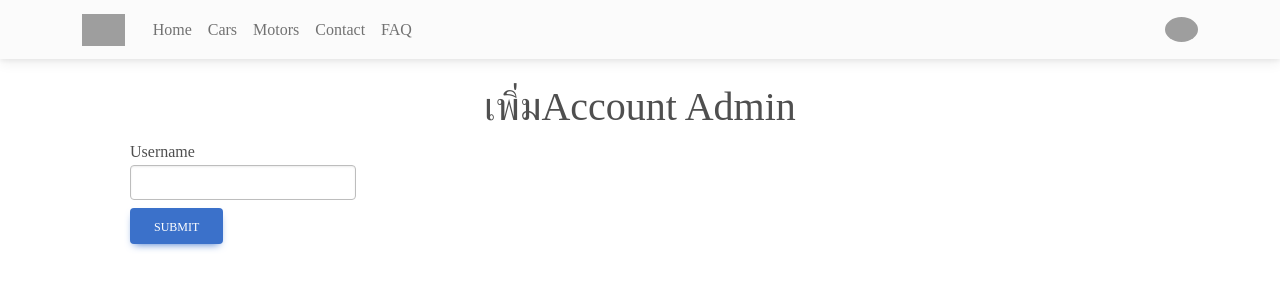
Repository: armychawakorn/Rent4U-Java
Page: http://localhost/miniproject/Admin/addusers.jsp
The author's editor kept a copy of each file at every save. The page is drawn from the files as they stood at one save, then again after the next save.
The browser window is 1280 px wide. The pictures show the whole page.
Pictures or frames that could not be fetched are drawn as grey boxes. Some web fonts or font styles are not loaded; a fallback is used. Some web libraries are served in a nearby version. The page is served by Tomcat 9. Other server files are loaded and not shown.

Above is the page before, as saved 2023-10-28 19:48:51.

### miniproject/src/main/webapp/Admin/addusers.jsp
<%@page import="pkrent4u.schema.Users"%>
<%@page import="pkrent4u.dao.UsersDAO"%>
<%@page import="pkrent4u.schema.Rental"%>
<%@page import="pkrent4u.dao.RentalDAO"%>
<%@page import="pkrent4u.schema.Car"%>
<%@page import="pkrent4u.dao.CarDAO"%>
<%@ page language="java" contentType="text/html; charset=utf-8"
	pageEncoding="utf-8"%>
<%@ page import="java.util.ArrayList, pkrent4u.*"%>
<!DOCTYPE html>
<html>
<head>
<meta charset="utf-8">
<title>Add User</title>
<link rel="icon" type="image/x-icon"
	href="https://cdn.discordapp.com/attachments/965375341071847434/1160730098618601482/image.png?ex=6535b924&is=65234424&hm=02edc80e5cc1c9b7937bdbc00efe262fb24180a3850827d298d32e71ee6a8d8b&">
<link rel="stylesheet" href="../css/Animetion.css">
<link rel="stylesheet" href="../css/global.css">
<link rel="stylesheet" href="../css/Bootstrap.css">
</head>
<body>
	<%@ include file="../components/Nav.jsp"%>
	<div class="container dashboard-fade">
		<div class="pt-4 text-center">
			<h1>เพิ่มAccount Admin</h1>
		</div>
		<div class="d-flex">
			<form action="../Backend/AddUser.jsp" method="POST" class="ps-5">
				<div class="form-group">
					<label for="Customer">Username</label> <input type="text"
						id="username" name="username" class="form-control">
				</div>
				<div class="pt-2">
					<button type="submit" class="btn btn-primary">Submit</button>
				</div>
			</form>
		</div>
	</div>
</body>
<script type="text/javascript"
	src="https://cdnjs.cloudflare.com/ajax/libs/mdb-ui-kit/6.4.2/mdb.min.js"></script>
</html>

### miniproject/src/main/webapp/components/Nav.jsp
<%@ page language="java" contentType="text/html; charset=utf-8"
	pageEncoding="utf-8"%>
<nav class="navbar navbar-expand-lg navbar-light bg-light">
	<div class="container">
		<button class="navbar-toggler" type="button"
			data-mdb-toggle="collapse" data-mdb-target="#navbarSupportedContent"
			aria-controls="navbarSupportedContent" aria-expanded="false"
			aria-label="Toggle navigation">
			<i class="fas fa-bars"></i>
		</button>
		<div class="collapse navbar-collapse" id="navbarSupportedContent">
			<a class="navbar-brand mt-2 mt-lg-0" href="/"> <img
				src="https://cdn.discordapp.com/attachments/965375341071847434/1160730098618601482/image.png"
				height="32" alt="Rent4U" loading="lazy" />
			</a>
			<ul class="navbar-nav me-auto mb-2 mb-lg-0">
				<li class="nav-item"><a class="nav-link" href="/miniproject/">Home</a></li>
				<li class="nav-item"><a class="nav-link" href="/miniproject/cars.jsp">Cars</a>
				</li>
				<li class="nav-item"><a class="nav-link" href="/miniproject/motors.jsp">Motors</a>
				</li>
				<li class="nav-item"><a class="nav-link" href="/miniproject/contact.jsp">Contact</a>
				</li>
				<li class="nav-item"><a class="nav-link" href="/miniproject/faq.jsp">FAQ</a>
				</li>
			</ul>
		</div>
		<div class="dropdown">
			<a class="dropdown-toggle d-flex align-items-center hidden-arrow"
				href="#" id="navbarDropdownMenuAvatar" role="button"
				data-mdb-toggle="dropdown" aria-expanded="false"> <img
				src="https://cdn-icons-png.flaticon.com/512/9703/9703596.png"
				class="rounded-circle" height="25"
				alt="Black and White Portrait of a Man" loading="lazy" />
			</a>
			<ul class="dropdown-menu dropdown-menu-end"
				aria-labelledby="navbarDropdownMenuAvatar">
				<%
				HttpSession ses = request.getSession();
				String username = (String) ses.getAttribute("username");
				%>
				<%
				if (username != null) {
				%>
				<li><a class="dropdown-item" href="/miniproject/Admin/dashboard.jsp">Rental Dashboard</a></li>
				<li><a class="dropdown-item" href="/miniproject/Admin/users.jsp">Add users</a></li>
				<li><a class="dropdown-item" href="/miniproject/Backend/logout.php">Logout</a></li>
				<%
				} else {
				%>
				<li><a class="dropdown-item" href="/miniproject/loginpage.jsp">Login</a></li>
				<%
				}
				%>
			</ul>
		</div>
	</div>
	</div>
</nav>

### miniproject/src/main/webapp/css/Animetion.css
.dashboard-fade {
    animation: dashboard-fade 1s ease-in-out;
    animation-fill-mode: forwards;
}
.col.mb-4{
    transform-origin: center top;
    transition-property: transform;
    transition-duration: 0.5s;
    transition-delay: 0s, 1s;
    transition-timing-function: ease-out;
}

.col.mb-4:hover{
    z-index: 1;
    transform: scale(1.1, 1.1);
}

@keyframes dashboard-fade {
    0% {
        transform-origin: top center;
        opacity: 0;
        scale: 0.9;
    }
    100% {
        transform-origin: top center;
        opacity: 1;
        scale: 1;
    }
}

@keyframes dashboard-fadeout{
    0% {
        transform-origin: top center;
        opacity: 1;
        scale: 1;
    }
    100% {
        transform-origin: top center;
        opacity: 0;
        scale: 0.9;
    }
}

### miniproject/src/main/webapp/css/global.css
@import url('https://fonts.googleapis.com/css2?family=Itim&display=swap');

*{
    font-family: 'Itim', cursive;
}

### miniproject/src/main/webapp/css/Bootstrap.css
@import "https://cdnjs.cloudflare.com/ajax/libs/font-awesome/6.0.0/css/all.min.css";
@import "https://fonts.googleapis.com/css?family=Roboto:300,400,500,700&display=swap";
@import "https://cdnjs.cloudflare.com/ajax/libs/mdb-ui-kit/6.4.2/mdb.min.css";

After the next save:
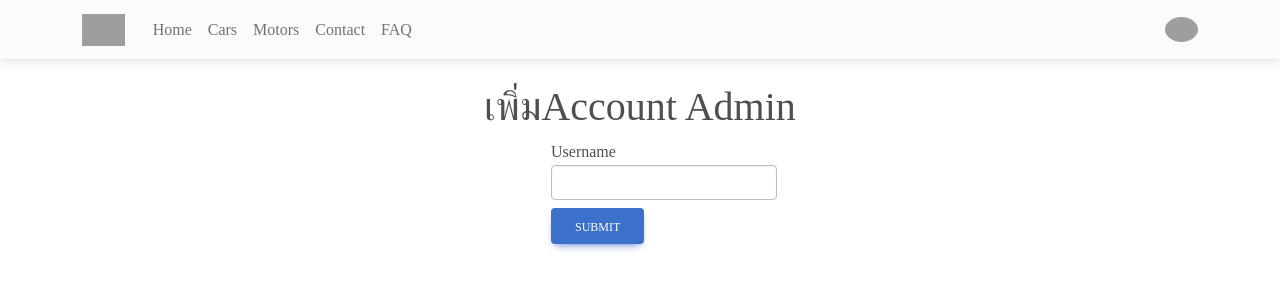
Saved 25 s later.
--- a/miniproject/src/main/webapp/Admin/addusers.jsp
+++ b/miniproject/src/main/webapp/Admin/addusers.jsp
@@ -24,7 +24,7 @@
 		<div class="pt-4 text-center">
 			<h1>เพิ่มAccount Admin</h1>
 		</div>
-		<div class="d-flex">
+		<div class="d-flex justify-content-center">
 			<form action="../Backend/AddUser.jsp" method="POST" class="ps-5">
 				<div class="form-group">
 					<label for="Customer">Username</label> <input type="text"
